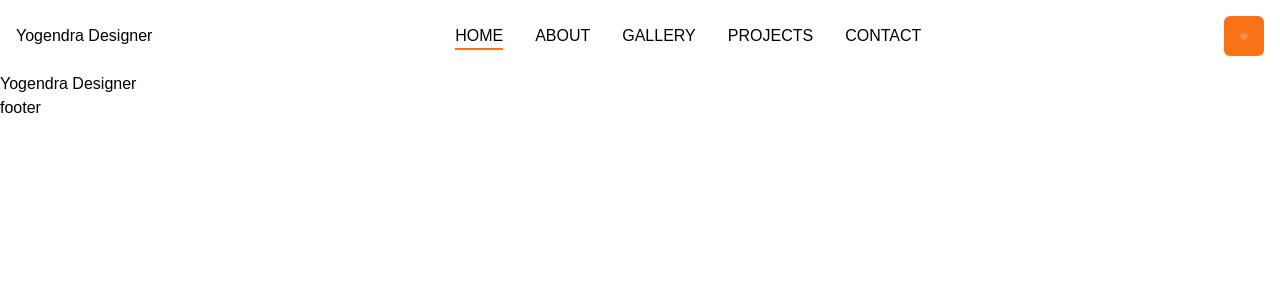
Repository: hitoutvrma/MB_designs-Interior-Designing-website
Page: /
These files come from the project's save history. The page is drawn as it stood at one moment and after the next save; the edit follows.
The browser window is 1280 px wide. The pictures show the whole page.
The project was rebuilt for these pictures with package versions that can differ from the ones it lists, and the page was loaded fresh each time. The framework's server and built-in components were replaced by stand-ins that run in the browser. Also part of the build but not shown: next.config.mjs.

Above is the page before, as saved 2024-09-13 12:34:47.

### app/layout.js
import localFont from "next/font/local";
import "./globals.css";
import Header from "@/components/ui/Header";
import Footer from "@/components/ui/Footer";
import { ThemeProvider } from "@/components/ThemeProvider";

const geistSans = localFont({
  src: "./fonts/GeistVF.woff",
  variable: "--font-geist-sans",
  weight: "100 900",
});
const geistMono = localFont({
  src: "./fonts/GeistMonoVF.woff",
  variable: "--font-geist-mono",
  weight: "100 900",
});

export const metadata = {
  title: "Create Next App",
  description: "Generated by create next app",
};

export default function RootLayout({ children }) {
  return (
    <html lang="en" suppressHydrationWarning>
      <body
        className={`${geistSans.variable} ${geistMono.variable} antialiased`}
      >
        <ThemeProvider attribute='class' defaultTheme='light'>

        <Header/>
        {children}
        <Footer/>
        </ThemeProvider>
      </body>
    </html>
  );
}

### app/page.js
import Image from "next/image";

export default function Home() {
  return (
    <main>
      Yogendra Designer
      </main>
  );
}

### app/globals.css
@tailwind base;
@tailwind components;
@tailwind utilities;


body {
  color: var(--foreground);
  background: var(--background);
  font-family: Arial, Helvetica, sans-serif;
}

@layer utilities {
  .text-balance {
    text-wrap: balance;
  }
}


@layer base {
  :root {
    --background: 0 0% 100%;
    --foreground: 20 14.3% 4.1%;
    --card: 0 0% 100%;
    --card-foreground: 20 14.3% 4.1%;
    --popover: 0 0% 100%;
    --popover-foreground: 20 14.3% 4.1%;
    --primary: 24.6 95% 53.1%;
    --primary-foreground: 60 9.1% 97.8%;
    --secondary: 60 4.8% 95.9%;
    --secondary-foreground: 24 9.8% 10%;
    --muted: 60 4.8% 95.9%;
    --muted-foreground: 25 5.3% 44.7%;
    --accent: 60 4.8% 95.9%;
    --accent-foreground: 24 9.8% 10%;
    --destructive: 0 84.2% 60.2%;
    --destructive-foreground: 60 9.1% 97.8%;
    --border: 20 5.9% 90%;
    --input: 20 5.9% 90%;
    --ring: 24.6 95% 53.1%;
    --radius: 0.5rem;
    --chart-1: 12 76% 61%;
    --chart-2: 173 58% 39%;
    --chart-3: 197 37% 24%;
    --chart-4: 43 74% 66%;
    --chart-5: 27 87% 67%;
  }

  .dark {
    --background: 20 14.3% 4.1%;
    --foreground: 60 9.1% 97.8%;
    --card: 20 14.3% 4.1%;
    --card-foreground: 60 9.1% 97.8%;
    --popover: 20 14.3% 4.1%;
    --popover-foreground: 60 9.1% 97.8%;
    --primary: 20.5 90.2% 48.2%;
    --primary-foreground: 60 9.1% 97.8%;
    --secondary: 12 6.5% 15.1%;
    --secondary-foreground: 60 9.1% 97.8%;
    --muted: 12 6.5% 15.1%;
    --muted-foreground: 24 5.4% 63.9%;
    --accent: 12 6.5% 15.1%;
    --accent-foreground: 60 9.1% 97.8%;
    --destructive: 0 72.2% 50.6%;
    --destructive-foreground: 60 9.1% 97.8%;
    --border: 12 6.5% 15.1%;
    --input: 12 6.5% 15.1%;
    --ring: 20.5 90.2% 48.2%;
    --chart-1: 220 70% 50%;
    --chart-2: 160 60% 45%;
    --chart-3: 30 80% 55%;
    --chart-4: 280 65% 60%;
    --chart-5: 340 75% 55%;
  }
}



@layer base {
  * {
    @apply border-border;
  }
  body {
    @apply bg-background text-foreground;
  }
}

### components/ui/Header.jsx
'use client';
import React from 'react'
 import ThemeToggler from '../ThemeToggler'
import MobileNavigation from './MobileNavigation';
import Nav from './Nav';
const Header = () => {
  return (
    <div className='flex justify-between p-4 items-center '>
      <div>Yogendra Designer</div>
      <Nav containerStyles='hidden xl:flex gap-8 items-center' linkStyles='relative hover:text-primary transition-all' underlineStyles ='absolute left-0 top-full h-[2px] bg-primary w-full'
      />
      <div className='flex gap-2 items-center'>

      <ThemeToggler/>
      <div className='xl:hidden'>

      <MobileNavigation/>
      </div>
      </div>
    </div>
  )
}

export default Header

### components/ThemeProvider.jsx
'use client';

import { ThemeProvider as NextThemesProvider } from "next-themes";

export function ThemeProvider({ children, ...props }) {
    return <NextThemesProvider {...props}>
        { children }
    </NextThemesProvider>
}

### components/ThemeToggler.jsx
import { Button } from "./ui/button";
import { useTheme } from "next-themes";
import { SunIcon, MoonIcon } from "@radix-ui/react-icons";

const ThemeToggler = () => {
    const { theme, setTheme } = useTheme();

  return (
    <div>
      <Button  onClick={()=>setTheme(theme==='dark'?'light':'dark')}>
        <SunIcon className="h-[0.5rem] w-[0.5rem] scale-100 rotate-0 transition-all dark:rotate-90 dark:scale-0"/>
        <MoonIcon className="w-[0.5rem] absolute scale-0 rotate-90 transition-all dark:rotate-0 dark:scale-100"/>
      </Button>
    </div>
  )
}

export default ThemeToggler

### components/ui/MobileNavigation.jsx
import React from 'react'

import {Sheet, SheetContent, SheetTrigger} from '@/components/ui/sheet';
import Nav from './Nav';
import { AlignJustify } from 'lucide-react';

const MobileNavigation = () => {
  return (
    <Sheet>
        <SheetTrigger asChild>
            <AlignJustify className='cursor-pointer'/>
        </SheetTrigger>
        <SheetContent>
            <div className='p-3 flex flex-col items-center'>
                <div>
                    <div>Yogendra designer</div>
                    <Nav containerStyles='flex flex-col items-center gap-y-2' linkStyles='text-1xl '/>
                </div>
            </div>
        </SheetContent>
    </Sheet>
  )
}

export default MobileNavigation

### components/ui/Nav.jsx
//Hooks

import { usePathname } from "next/navigation";
import { motion } from "framer-motion";
import Link from "next/link";

const links = [
    {
        path:'/',name:'home'
    },
    {
        path:'/about',name:'about'
    },
    {
        path:'/gallery',name:'gallery'
    },
    {
        path:'/projects',name:'projects'
    },
    {
        path:'/contact',name:'contact'
    },
]
const Nav = ({ containerStyles, linkStyles, underlineStyles } ) => {

    const path = usePathname();
  return (
    <div className={`${containerStyles}`} >
        {
            links.map((link,index) =>{
                return(
                    <Link href={link.path}
                    key={index} className={`uppercase ${linkStyles}`}>
                        {link.path===path && (
                            <motion.span
                            initial={{y:'-100%'}}
                            animate={{y:0}}
                            transition={{ type:'tween'}}
                            layoutId="underline"
                            className={`${underlineStyles}`}
                            />
                        )}
                        {link.name}

                    </Link>
                )
            })
        }
      </div>
  )
}

export default Nav

### components/ui/button.jsx
import * as React from "react"
import { Slot } from "@radix-ui/react-slot"
import { cva } from "class-variance-authority";

import { cn } from "@/lib/utils"

const buttonVariants = cva(
  "inline-flex items-center justify-center whitespace-nowrap rounded-md text-sm font-medium ring-offset-background transition-colors focus-visible:outline-none focus-visible:ring-2 focus-visible:ring-ring focus-visible:ring-offset-2 disabled:pointer-events-none disabled:opacity-50",
  {
    variants: {
      variant: {
        default: "bg-primary text-primary-foreground hover:bg-primary/90",
        destructive:
          "bg-destructive text-destructive-foreground hover:bg-destructive/90",
        outline:
          "border border-input bg-background hover:bg-accent hover:text-accent-foreground",
        secondary:
          "bg-secondary text-secondary-foreground hover:bg-secondary/80",
        ghost: "hover:bg-accent hover:text-accent-foreground",
        link: "text-primary underline-offset-4 hover:underline",
      },
      size: {
        default: "h-10 px-4 py-2",
        sm: "h-9 rounded-md px-3",
        lg: "h-11 rounded-md px-8",
        icon: "h-10 w-10",
      },
    },
    defaultVariants: {
      variant: "default",
      size: "default",
    },
  }
)

const Button = React.forwardRef(({ className, variant, size, asChild = false, ...props }, ref) => {
  const Comp = asChild ? Slot : "button"
  return (
    (<Comp
      className={cn(buttonVariants({ variant, size, className }))}
      ref={ref}
      {...props} />)
  );
})
Button.displayName = "Button"

export { Button, buttonVariants }

### components/ui/sheet.jsx
"use client";
import * as React from "react"
import * as SheetPrimitive from "@radix-ui/react-dialog"
import { cva } from "class-variance-authority";
import { X } from "lucide-react"

import { cn } from "@/lib/utils"

const Sheet = SheetPrimitive.Root

const SheetTrigger = SheetPrimitive.Trigger

const SheetClose = SheetPrimitive.Close

const SheetPortal = SheetPrimitive.Portal

const SheetOverlay = React.forwardRef(({ className, ...props }, ref) => (
  <SheetPrimitive.Overlay
    className={cn(
      "fixed inset-0 z-50 bg-black/80  data-[state=open]:animate-in data-[state=closed]:animate-out data-[state=closed]:fade-out-0 data-[state=open]:fade-in-0",
      className
    )}
    {...props}
    ref={ref} />
))
SheetOverlay.displayName = SheetPrimitive.Overlay.displayName

const sheetVariants = cva(
  "fixed z-50 gap-4 bg-background p-6 shadow-lg transition ease-in-out data-[state=open]:animate-in data-[state=closed]:animate-out data-[state=closed]:duration-300 data-[state=open]:duration-500",
  {
    variants: {
      side: {
        top: "inset-x-0 top-0 border-b data-[state=closed]:slide-out-to-top data-[state=open]:slide-in-from-top",
        bottom:
          "inset-x-0 bottom-0 border-t data-[state=closed]:slide-out-to-bottom data-[state=open]:slide-in-from-bottom",
        left: "inset-y-0 left-0 h-full w-3/4 border-r data-[state=closed]:slide-out-to-left data-[state=open]:slide-in-from-left sm:max-w-sm",
        right:
          "inset-y-0 right-0 h-full w-3/4  border-l data-[state=closed]:slide-out-to-right data-[state=open]:slide-in-from-right sm:max-w-sm",
      },
    },
    defaultVariants: {
      side: "right",
    },
  }
)

const SheetContent = React.forwardRef(({ side = "right", className, children, ...props }, ref) => (
  <SheetPortal>
    <SheetOverlay />
    <SheetPrimitive.Content ref={ref} className={cn(sheetVariants({ side }), className)} {...props}>
      {children}
      <SheetPrimitive.Close
        className="absolute right-4 top-4 rounded-sm opacity-70 ring-offset-background transition-opacity hover:opacity-100 focus:outline-none focus:ring-2 focus:ring-ring focus:ring-offset-2 disabled:pointer-events-none data-[state=open]:bg-secondary">
        <X className="h-4 w-4" />
        <span className="sr-only">Close</span>
      </SheetPrimitive.Close>
    </SheetPrimitive.Content>
  </SheetPortal>
))
SheetContent.displayName = SheetPrimitive.Content.displayName

const SheetHeader = ({
  className,
  ...props
}) => (
  <div
    className={cn("flex flex-col space-y-2 text-center sm:text-left", className)}
    {...props} />
)
SheetHeader.displayName = "SheetHeader"

const SheetFooter = ({
  className,
  ...props
}) => (
  <div
    className={cn("flex flex-col-reverse sm:flex-row sm:justify-end sm:space-x-2", className)}
    {...props} />
)
SheetFooter.displayName = "SheetFooter"

const SheetTitle = React.forwardRef(({ className, ...props }, ref) => (
  <SheetPrimitive.Title
    ref={ref}
    className={cn("text-lg font-semibold text-foreground", className)}
    {...props} />
))
SheetTitle.displayName = SheetPrimitive.Title.displayName

const SheetDescription = React.forwardRef(({ className, ...props }, ref) => (
  <SheetPrimitive.Description
    ref={ref}
    className={cn("text-sm text-muted-foreground", className)}
    {...props} />
))
SheetDescription.displayName = SheetPrimitive.Description.displayName

export {
  Sheet,
  SheetPortal,
  SheetOverlay,
  SheetTrigger,
  SheetClose,
  SheetContent,
  SheetHeader,
  SheetFooter,
  SheetTitle,
  SheetDescription,
}

Loaded but not shown: components/ui/Footer.jsx (common file); lib/utils.js (common file); tailwind.config.js (common file)

After the next save:
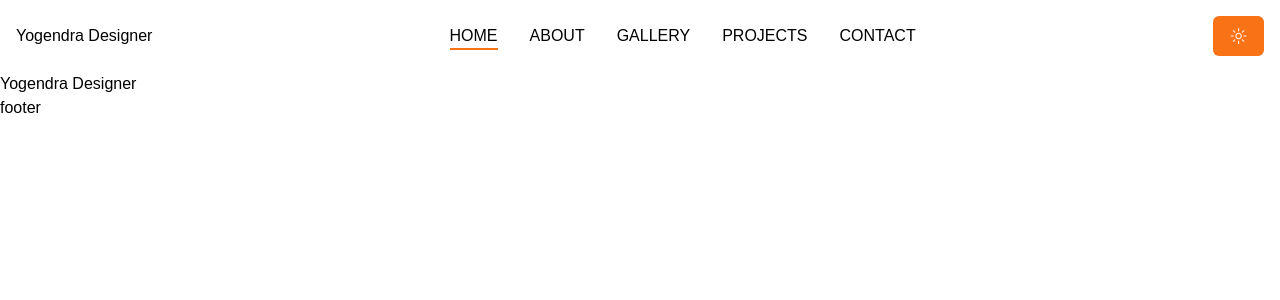
Saved 9 s later.
--- a/components/ThemeToggler.jsx
+++ b/components/ThemeToggler.jsx
@@ -8,8 +8,8 @@ const ThemeToggler = () => {
   return (
     <div>
       <Button  onClick={()=>setTheme(theme==='dark'?'light':'dark')}>
-        <SunIcon className="h-[0.5rem] w-[0.5rem] scale-100 rotate-0 transition-all dark:rotate-90 dark:scale-0"/>
-        <MoonIcon className="w-[0.5rem] absolute scale-0 rotate-90 transition-all dark:rotate-0 dark:scale-100"/>
+        <SunIcon className="h-[1rem] w-[1.2rem] scale-100 rotate-0 transition-all dark:rotate-90 dark:scale-0"/>
+        <MoonIcon className="w-[1rem] absolute scale-0 rotate-90 transition-all dark:rotate-0 dark:scale-100"/>
       </Button>
     </div>
   )
